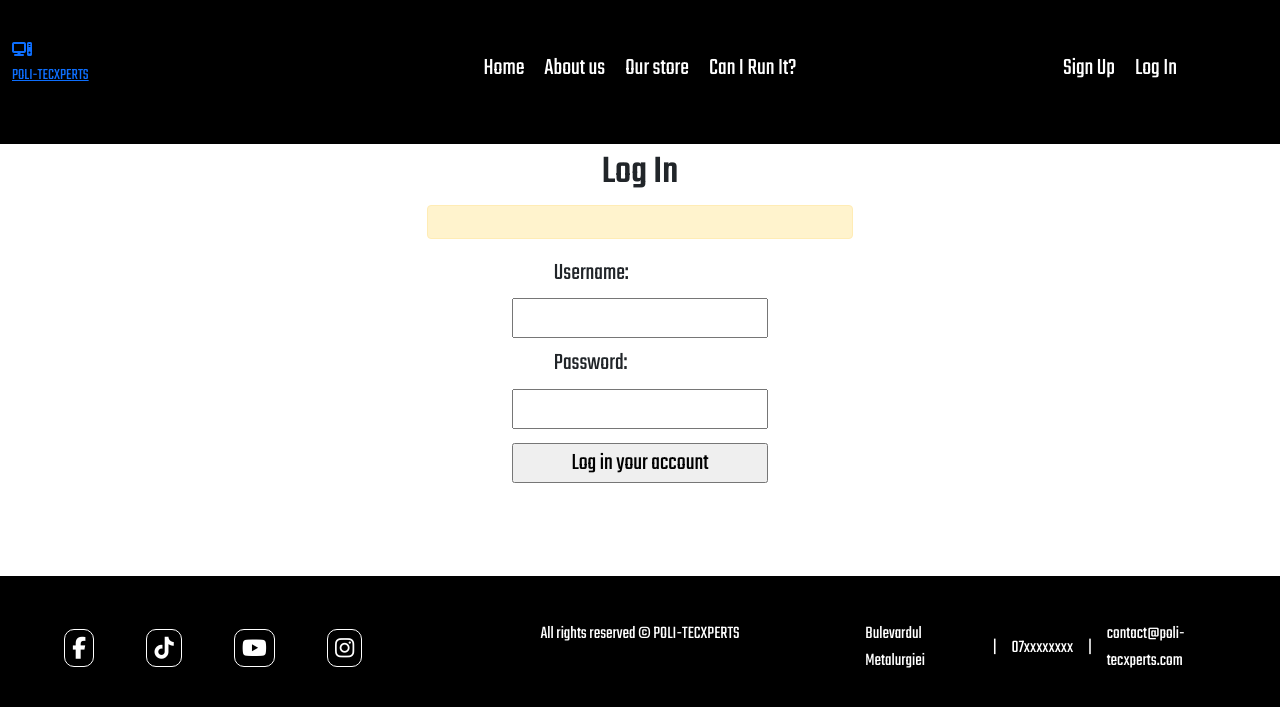
Repository: cristibtz/POLI_TECXPERTS
Page: login/login.html
These files come from the project's save history. The page is drawn as it stood at one moment and after the next save; the edit follows.
The browser window is 1280 px wide. The pictures show the whole page.

Above is the page before, as saved 2024-04-27 17:58:49.

### login/login.html
<!DOCTYPE html>
<html lang="en">
<head>
    <meta charset="UTF-8">
    <meta name="viewport" content="width=device-width, initial-scale=1.0">
    <link rel="stylesheet" href="../css/bootstrap.css">
    <link rel="stylesheet" href="../css/default.css">
    <link rel="stylesheet" href="../css/fontawesome-free-6.5.2-web/css/all.min.css">
    <link rel="stylesheet" href="../css/fontawesome-free-6.5.2-web/css/fontawesome.min.css">
    <link rel="stylesheet" href="../css/forms.css">
    <script src="../js/jquery.js"></script>
    <title>POLI-TECXPERTS</title>

</head>
<body>
    <div class="header">
        <div class="container-fluid">
            <div class="row">
                <div class="col-md-3">
                    <div class="logo">
                        <a href="index.html" id="logo">
                            <i class="fa-solid fa-computer"></i>
                            <p>POLI-TECXPERTS</p>
                        </a>
                    </div>
                </div>
                <div class="col-md-6">
                    <div class="navigation">
                        <ul class="menu">
                            <li><a href="../index.html">Home</a></li>
                            <li><a href="../about.html">About us</a></li>
                            <li><a href="../store.php">Our store</a></li>
                            <li><a href="../canIRunIt.html">Can I Run It?</a></li>
                        </ul>
                    </div>
                </div>
                <div class="col-md-3">
                    <div class="navigation">
                        <ul class="menu">
                            <li><a href="signup.html">Sign Up</a></li>
                            <li><a href="#">Log In</a></li>
                        </ul>
                    </div>
                </div>
            </div>
        </div>
    </div>
    <div class="content">
        <div class="container-fluid">

            <div class="row">
                <h1>Log In</h1>
            </div>

            <div class="row">
                <div class="col-md-4"></div>
                <div class="col-md-4">

                    <div class="row alert alert-warning hidden" id="message-div">
                    </div>

                    <div class="row hidden" id="serv-resp">
                    </div>

                    <form method="post" id="login-form" class="form">
                        <div class="row">
                            <label for="username">Username: </label>
                            <input type="text" name="username" id="username">
                        </div>
                        <div class="row">
                            <label for="password">Password: </label>
                            <input type="password" name="password" id="password">
                        </div>
                        <div class="row">
                            <input type="submit" name="submit" id="submit" value="Log in your account">
                        </div>
                    </form>
                </div>
                <div class="col-md-4"></div>
            </div>
        </div>
    </div>
    <div class="footer">
        <div class="container-fluid">
            <div class="row">
                <div class="col-md-4 icons">
                    <a href=""><i class="fa-brands fa-facebook-f"></i></a>
                    <a href=""><i class="fa-brands fa-tiktok"></i></a>
                    <a href=""><i class="fa-brands fa-youtube"></i></a>
                    <a href=""><i class="fa-brands fa-instagram"></i></a>
                </div>
                <div class="col-md-4">
                    <div class="copyright">
                        All rights reserved © POLI-TECXPERTS
                    </div>
                </div>
                <div class="col-md-4 contact-info">
                    <p>Bulevardul Metalurgiei</p>
                    <p>|</p>
                    <p>07xxxxxxxx</p>
                    <p>|</p>
                    <p>contact@poli-tecxperts.com</p>
                </div>
            </div>
        </div>
    </div>
</body>

<script>

    $(document).ready(function(){
        $("#submit").click(function(e){
            e.preventDefault();
            var $form = $(this).closest(".form");
            var username = $form.find("#username").val();
            var password = $form.find("#password").val();

            let counter = 0;

            let serv_resp = document.getElementById("serv-resp");

            let message = document.getElementById("message-div");
            message.classList.add("hidden");
            message.classList.remove("visible");


            if(username === ""){
                message.innerHTML = "<p>Please enter a username</p>";
                message.classList.add("visible");
                message.classList.remove("hidden");
                counter++;
            } else if(password === ""){
                message.innerHTML = "<p>Please enter a password</p>";
                message.classList.add("visible");
                message.classList.remove("hidden");
                counter++;
            }

            if(counter === 0){
            message.classList.remove("visible");
            message.classList.add("hidden");
            $.ajax({
                url: "login.php",
                type: "POST",
                data: {
                    username: username,
                    password: password,
                    submit: true
                },
                success: function(data) {
                    if(data === 'http://localhost/POLI_TECXPERTS/user/dashboard.php'){
                        window.location.replace(data);
                    } else {
                    serv_resp.classList.add("visible");
                    serv_resp.classList.remove("hidden");
                    $('#serv-resp').html(data);
                    $form.trigger("reset");
                    window.location.href
                    }
                },
            });
        }
        });
    });

</script>

<script>
    if(window.history.replaceState) {
        window.history.replaceState(null, null, window.location.href);
    }
</script>

</html>

### css/default.css
@import url('https://fonts.googleapis.com/css2?family=Inter:wght@100..900&family=Teko:wght@300..700&display=swap');

*{
    margin: 0;
    padding: 0;
    box-sizing: border-box;
}

body {
    position: relative;
    min-height: 100vh;
    font-family: Teko, Inter;
}

.header {
    background-color: black;
    height: 20vh;
    display:flex;
    align-items: center;
    justify-content: center;
    position: relative;
}

.navigation ul {
    list-style: none;
    display:flex;
    align-items: center;
    justify-content: center;
    margin: 0;
    padding-left: 0;
}

.navigation ul li{
    display: inline-block;
    padding: 10px;

}

.navigation ul li a{
    text-decoration: none;
    color: white;
    font-size: 24px;
}

.navigation ul li a:hover{
    text-decoration: none;
    color: black;
    background-color: rgb(255, 255, 255);
    padding: 3px;
    font-size: 26px;
    text-transform: uppercase;
}
.content {
    padding-bottom: 20vh;
}

.content h1, h2 {
    text-align: center;

}
.content h1 {
    margin-top: 5px;
}

.footer {
    height: 20vh;
    width: 100%;
    background-color: black;
    display: flex;
    align-items: center;
    justify-content: center;
    position: absolute;
    bottom: 0;
}

.copyright {
    color: white;
    text-align: center;
    font-size: 18px;
    margin: 0;
}

.contact-info {
    color: white;
    display: flex;
    align-items: center;
    justify-content: center;
    font-size: 18px;
}
.contact-info p {
    display: inline-block;
    padding-right: 15px;
    margin: 0;
}
.icons {
    display: flex;
    align-items: center;
    justify-content: space-evenly;
}
.icons i {
    color: white;
    padding: 7px;
    font-size: 22px;
    border: 1px solid white;
    border-radius: 10px;
}

### css/forms.css
form .row input {
    margin: 1vh auto;
    width: 20vw;
    text-align: center;
    font-size: 24px;
}

label {
    padding: 0;
    font-size: 24px;
    margin-left: 16vh;
}

Loaded but not shown: css/bootstrap.css (library); css/fontawesome-free-6.5.2-web/css/all.min.css (library); css/fontawesome-free-6.5.2-web/css/fontawesome.min.css (library); js/jquery.js (library)

After the next save:
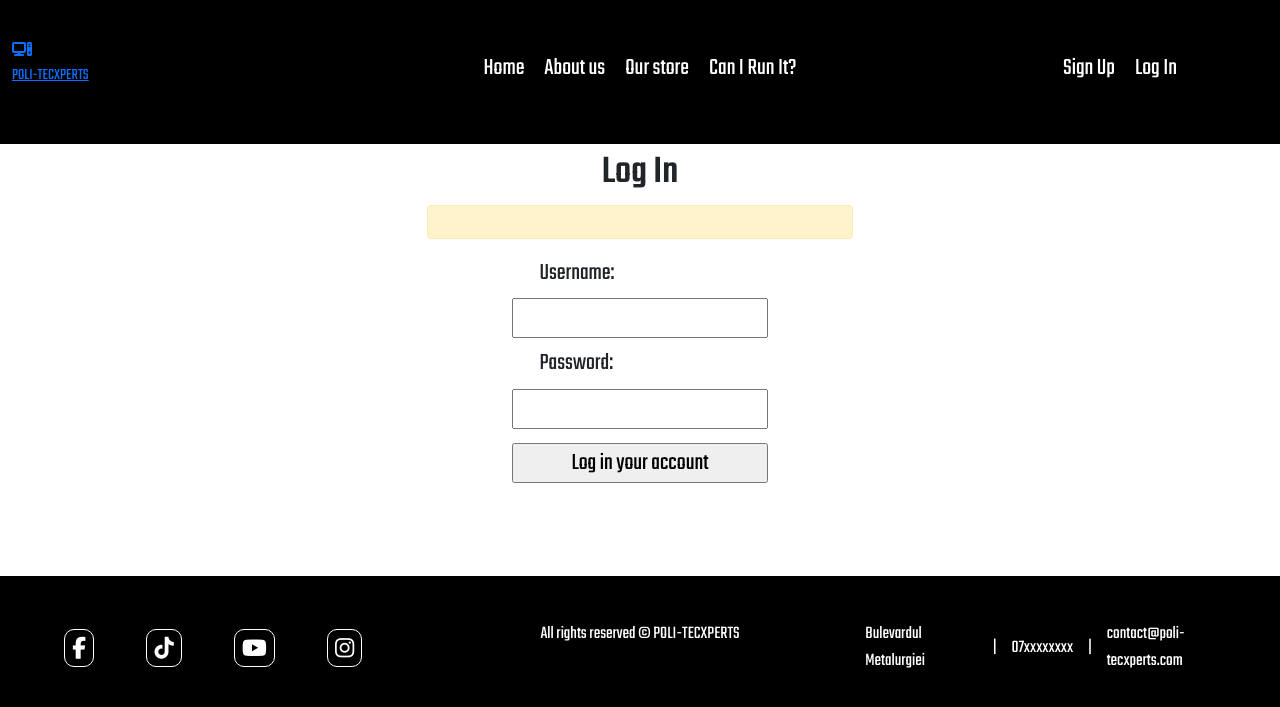
Saved 75 s later.
--- a/css/forms.css
+++ b/css/forms.css
@@ -7,6 +7,7 @@ form .row input {
 
 label {
     padding: 0;
+    margin: 0;
     font-size: 24px;
-    margin-left: 16vh;
+    margin-left: 14vh;
 }
